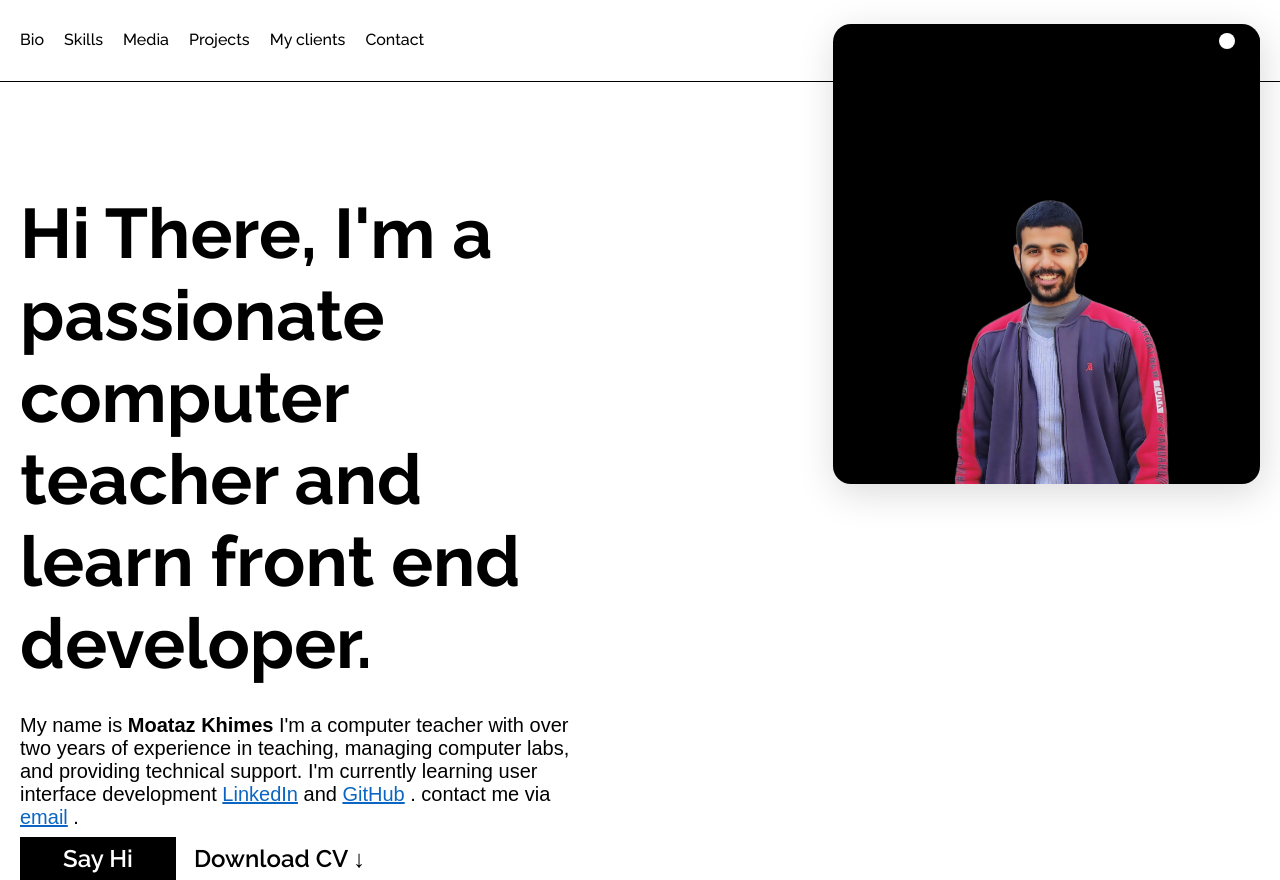
Repository: moataz305G/Personal-website
Page: index.html
These files come from the project's save history. The page is drawn as it stood at one moment and after the next save; the edit follows.
The browser window is 1280 px wide. The pictures show the whole page.

Above is the page before, as saved 2025-12-14 08:58:04.

### index.html
<!DOCTYPE html>
<html lang="en">
  <head>
    <meta charset="UTF-8" />

    <meta name="viewport" content="width=device-width, initial-scale=1.0" />
    <link rel="preconnect" href="https://fonts.googleapis.com" />
    <link rel="preconnect" href="https://fonts.gstatic.com" crossorigin />
    <link
      href="https://fonts.googleapis.com/css2?family=Raleway:ital,wght@0,100..900;1,100..900&display=swap"
      rel="stylesheet"
    />

    <link rel="stylesheet" href="Style.css" />
    <title class="title">Moataz khimes</title>
  </head>
  <body>
    <div class="container">
      <header class="header">
        <nav class="navigation">
          <ul class="navigation__list">
            <li><a href="#" class="navigation__link">Bio</a></li>
            <li><a href="#" class="navigation__link">Skills</a></li>
            <li><a href="#" class="navigation__link">Media</a></li>
            <li><a href="#" class="navigation__link">Projects</a></li>
            <li><a href="#" class="navigation__link">My clients</a></li>
            <li><a href="#" class="navigation__link">Contact</a></li>
          </ul>
        </nav>

        <div class="toggle">
          <h3 class="toggle__title">Switch Theme</h3>
          <input
            type="checkbox"
            name="toggle checkbox"
            id="toggle"
            class="toggle__checkbox"
          />
          <label for="toggle" class="toggle__label"></label>
        </div>
      </header>

      <section id="bio" class="bio section">
        <div class="bio__content">
          <h1 class="bio__heading">
            Hi There, I'm a passionate computer teacher and learn front end
            developer.
          </h1>
          <p class="bio__objeactive">
            My name is <span class="bio__name">Moataz Khimes</span>
            I'm a computer teacher with over two years of experience in
            teaching, managing computer labs, and providing technical support.
            I'm currently learning user interface development
            <a
              href="https://www.linkedin.com/in/moataz-khimes-53586223b/"
              class="bio__linkedin"
              >LinkedIn</a
            >
            and
            <a href="https://github.com/moataz305G" class="bio__github"
              >GitHub</a
            >
            . contact me via
            <a href="mutazkhmes@gmail.com" class="bio__email">email</a>
            .
          </p>
          <a href="#" class="bio__links say-hi-link">Say Hi</a>
          <a href="#" class="bio__links find-out-link"
            >Download CV <span class="bio__arrow">↓</span></a
          >
        </div>
        <div class="bio__pic-content">
          <img
            class="bio__pic"
            src="images/personal-pic.png"
            alt="image of moataz khimes"
          />
        </div>
      </section>
    </div>
  </body>
</html>

### Style.css
:root {
  --container-width: 119rem;
  --gutter: 2rem;

  --color-black: #000;
  --color-white: #fff;
  --color-blue: #2374e1;
  --color-lite-blue: #1d9bf0;
  --color-dark-blue: #0a66c2;
  --color-darker-blue: #143ce8;
  --color-red: #ff0000;
  --color-green: #03a696;
  --color-gray: #f6f6f6;
  --color-dark-green: #42959b;

  --color-background: var(--color-white);
  --color-text: var(--color-black);
  --color-box-img: var(--color-black);
  --color-link-bg: var(--color-black);
  --color-input-border: var(--color-black);

  --font-family-raleway: "Raleway", sans-serif;
  --font-family-poppins: "Poppins", sans-serif;

  --font-weight-regular: 400;
  --font-weight-medium: 500;
  --font-weight-semi-bold: 600;
  --font-weight-bold: 700;

  --font-size-70: 7rem;
  --font-size-65: 6.5rem;
  --font-size-40: 4rem;
  --font-size-38: 3.8rem;
  --font-size-24: 2.4rem;
  --font-size-22: 2.2rem;
  --font-size-20: 2rem;
  --font-size-18: 1.8rem;
  --font-size-15: 1.5rem;

  --transition-timing: 0.3s;
}
/* CSS Reset */
* {
  margin: 0;
  padding: 0;
}

*,
*::after,
*::before {
  box-sizing: border-box;
}

a {
  color: inherit;
  display: inline-block;
}

button {
  background-color: transparent;
  border: none;
  cursor: pointer;
}

ul,
ol {
  list-style: none;
}
/* END CSS Reset */
html {
  font-size: 62.5%;
  scroll-behavior: smooth;
  scroll-padding-top: 11rem;
}

body {
  font-size: 1.6rem;
  font-family: var(--font-family-raleway);
  background-color: var(--color-background);
  color: var(--color-text);
}

.container {
  display: grid;
  row-gap: 11rem;
  max-width: calc(calc(var(--container-width)) +calc(var(--gutter) * 2));
  margin: 0 auto;
  padding-inline: var(--gutter);
}
header {
  position: relative;
  padding: 3rem 0;
  display: flex;
  justify-content: center;
  z-index: 0;
}
.header::before {
  content: "";
  position: absolute;
  height: 100%;
  width: 100vw;
  border-bottom: 0.1rem solid var(--color-black);
  top: 0;
  z-index: -1;
}

.navigation__list {
  display: flex;
  gap: 2rem;
}
.navigation__link:link,
.navigation__link:visited {
  text-decoration: none;
  font-weight: var(--font-weight-medium);
}
.navigation__link:hover,
.navigation__link:active {
  text-decoration: underline;
  color: var(--color-text);
}

/* Toggle */
.toggle {
  display: flex;
  gap: 1rem;
  margin-left: auto;
}
.toggle__title {
  font-weight: var(--font-weight-medium);
  font-size: var(--font-size-18);
}

.toggle__checkbox {
  display: none;
}

.toggle__label {
  display: block;
  position: relative;
  background-color: var(--color-black);
  border-radius: 1.5rem;
  width: 4.5rem;
  height: 2.2rem;
  cursor: pointer;
  padding: 0.3rem 0.4rem;
  transition: 0.3s;
}

.toggle__label::after {
  content: "";
  display: block;
  width: 1.6rem;
  height: 1.6rem;
  border-radius: 50%;
  background-color: var(--color-white);
  transition: 0.3s;
}

.toggle__checkbox:checked + .toggle__label {
  background-color: var(--color-white);
}
.toggle__checkbox:checked + .toggle__label::after {
  transform: translateX(2.1rem);
  background-color: var(--color-green);
}

/* End Toggle */

.section {
  display: grid;
  grid-template-columns: repeat(2, auto);
  align-items: start;
}

/* Bio */
.bio {
  grid-gap: 7.4rem;
  grid-template-columns: repeat(2, 1fr);
}

.bio__heading {
  font-size: var(--font-size-70);
  font-weight: var(--font-weight-bold);
}

.bio__objeactive {
  font-family: var(--font-family-poppins);
  font-weight: var(--font-weight-regular);
  font-size: var(--font-size-20);
  margin: 3rem 0 0.8rem;
}

.bio__name {
  font-weight: var(--font-weight-semi-bold);
}
.bio__linkedin,
.bio__github,
.bio__email {
  color: var(--color-dark-blue);
}

.bio__links {
  font-size: 2.4rem;
  font-weight: var(--font-weight-semi-bold);
  text-decoration: none;
}

.say-hi-link {
  background-color: var(--color-link-bg);
  color: var(--color-white);
  padding: 0.7rem 4.3rem;
}

.find-out-link {
  padding: 0.7rem 0;
  margin-inline-start: 1.4rem;
}

@keyframes jump {
  0% {
    transform: translatey(0.5rem);
  }
  35% {
    transform: translatey(-0.5rem);
  }
  70% {
    transform: translatey(0);
  }
  100% {
    transform: translatey(0);
  }
}

.bio__arrow {
  display: inline-block;
  animation: jump 1s infinite alternate ease-in-out;
}

.bio__pic-content {
  display: flex;
  position: relative;
  align-items: flex-end;
  justify-self: end;
}

.bio__pic-content::before {
  content: "";
  position: absolute;
  background-color: var(--color-box-img);
  width: 100%;
  height: 46rem;
  border-radius: 1.8rem;
  z-index: -1;
  box-shadow: 2.17543px 8.7017px 38.0669px rgba(0, 0, 0, 0.15);
}
.bio__pic {
  width: 42.7rem;
}

After the next save:
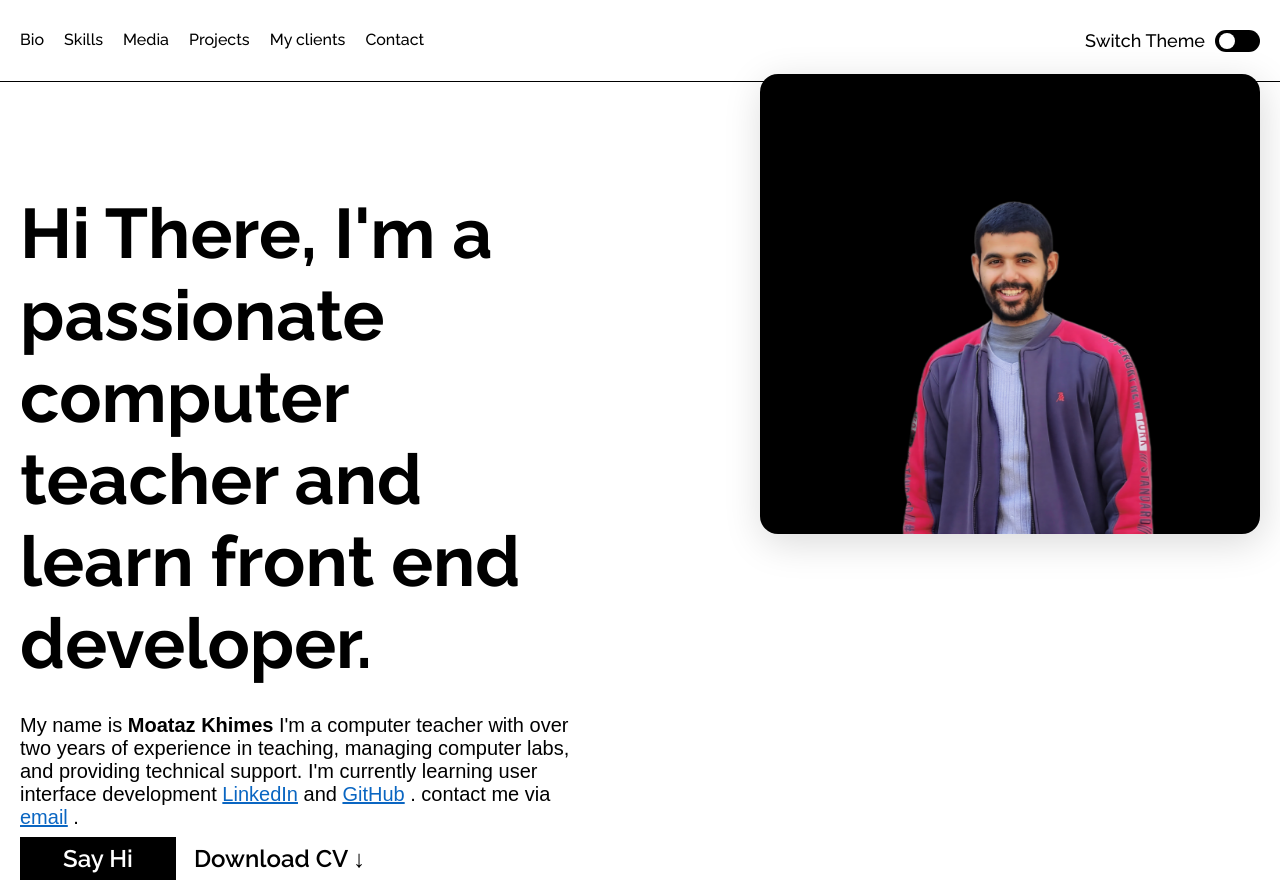
Saved 49 s later.
--- a/Style.css
+++ b/Style.css
@@ -254,5 +254,8 @@ header {
   box-shadow: 2.17543px 8.7017px 38.0669px rgba(0, 0, 0, 0.15);
 }
 .bio__pic {
-  width: 42.7rem;
-}
+  width: 50rem;
+  /* width: 350px;
+    height: 350px; */
+  object-fit: cover; /* يمنع التشويه */
+}
